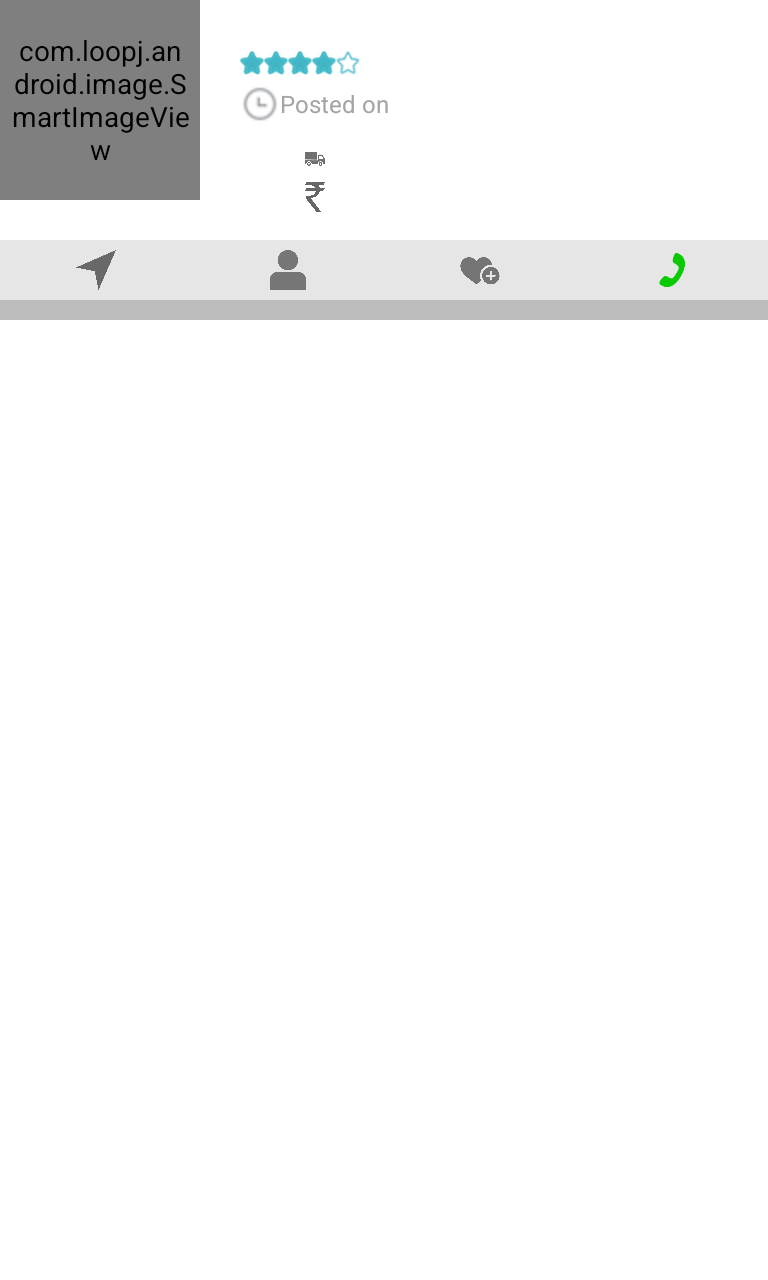
Repository: amitvikramjaiswal/amit-work
Layout: MandiTrades/MandiTradesAndroid/res/layout/sellers_list_template.xml
The author's editor kept a copy of each file at every save. The layout is drawn from the files as they stood at one save, then again after the next save.
Pictures or frames that could not be fetched are drawn as grey boxes. It is drawn on a 768 x 1280 px phone screen (xhdpi) without system bars, with theme AppTheme; the app's code is not run. Lists and similar views that code fills are empty.

Above is the layout before, as saved 2014-11-14 15:35:43.

After the next save:
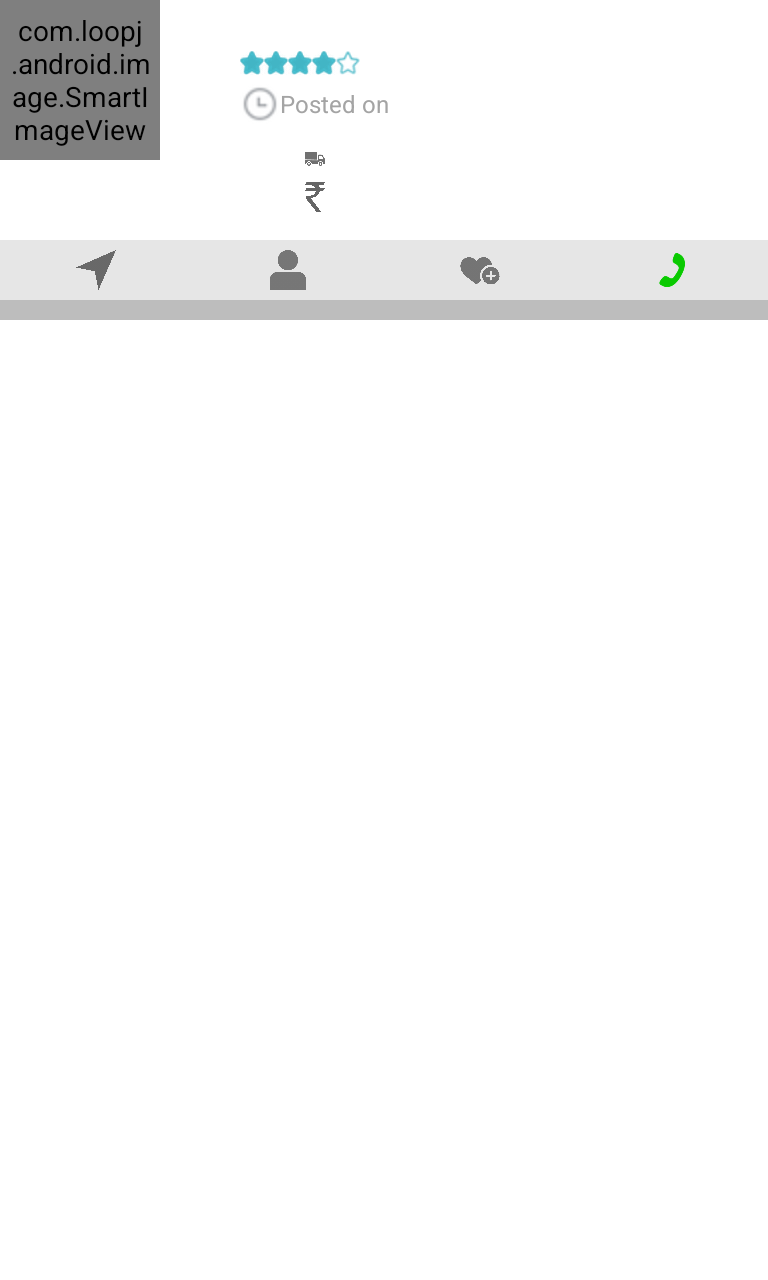
Saved 15 s later.
--- a/MandiTrades/MandiTradesAndroid/res/layout/sellers_list_template.xml
+++ b/MandiTrades/MandiTradesAndroid/res/layout/sellers_list_template.xml
@@ -17,8 +17,8 @@
 
             <com.loopj.android.image.SmartImageView
                 android:id="@+id/iv1"
-                android:layout_width="100dp"
-                android:layout_height="100dp"
+                android:layout_width="@dimen/height_image_view"
+                android:layout_height="@dimen/height_image_view"
                 android:padding="5dp" />
 
             <TextView
@@ -93,7 +93,6 @@
                     android:paddingLeft="@dimen/padding_small"
                     android:textColor="#A4A4A4"
                     android:textSize="@dimen/text_size_small" />
-
             </LinearLayout>
 
             <TextView
